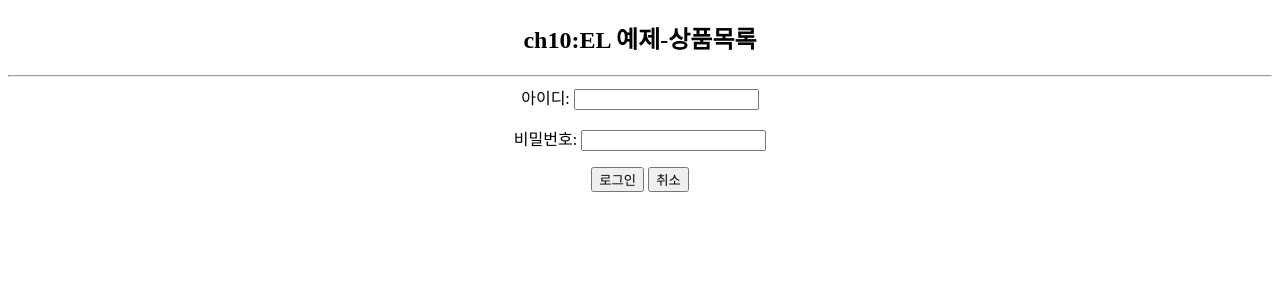
Repository: jpg723/Assignment
Page: http://localhost/LAB12/LAB12_2/login_form.jsp
The author's editor kept a copy of each file at every save. The page is drawn from the files as they stood at one save, then again after the next save.
The browser window is 1280 px wide. The pictures show the whole page.
The page is served by Tomcat 9.

Above is the page before, as saved 2021-12-04 09:41:02.

After the next save:
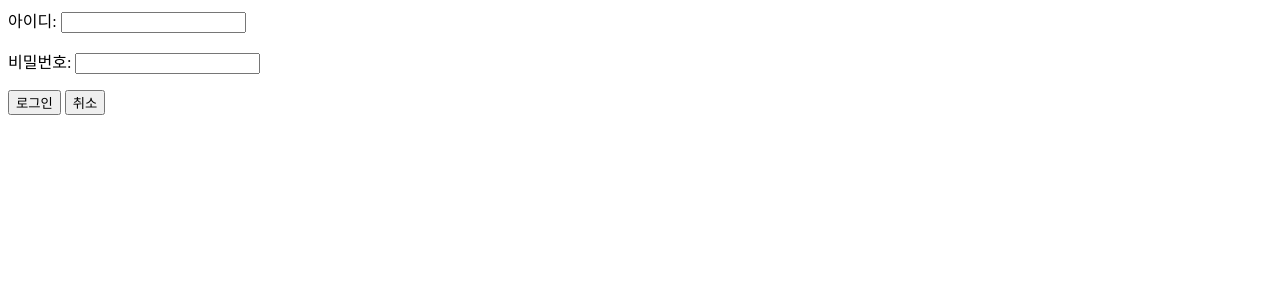
Saved 33 s later.
--- a/웹프로그래밍/LAB12/src/main/webapp/LAB12_2/login_form.jsp
+++ b/웹프로그래밍/LAB12/src/main/webapp/LAB12_2/login_form.jsp
@@ -7,15 +7,11 @@
 <title>LAB12_2: 커스텀 태그</title>
 </head>
 <body>
-<div align="center">
-<H2>ch10:EL 예제-상품목록</H2>
-<HR>
 <form name=form1 method=POST action=print_login.jsp>
 	<jsp:useBean id="product" class="ch10.Product" scope="session"/>
 	아이디: <input type="text" name="id"><p>
 	비밀번호: <input type="password" name="pw"><p>
 	<input type="submit" value="로그인"> <input type="reset" value="취소">
 </form>
-</div>
 </body>
 </html>
